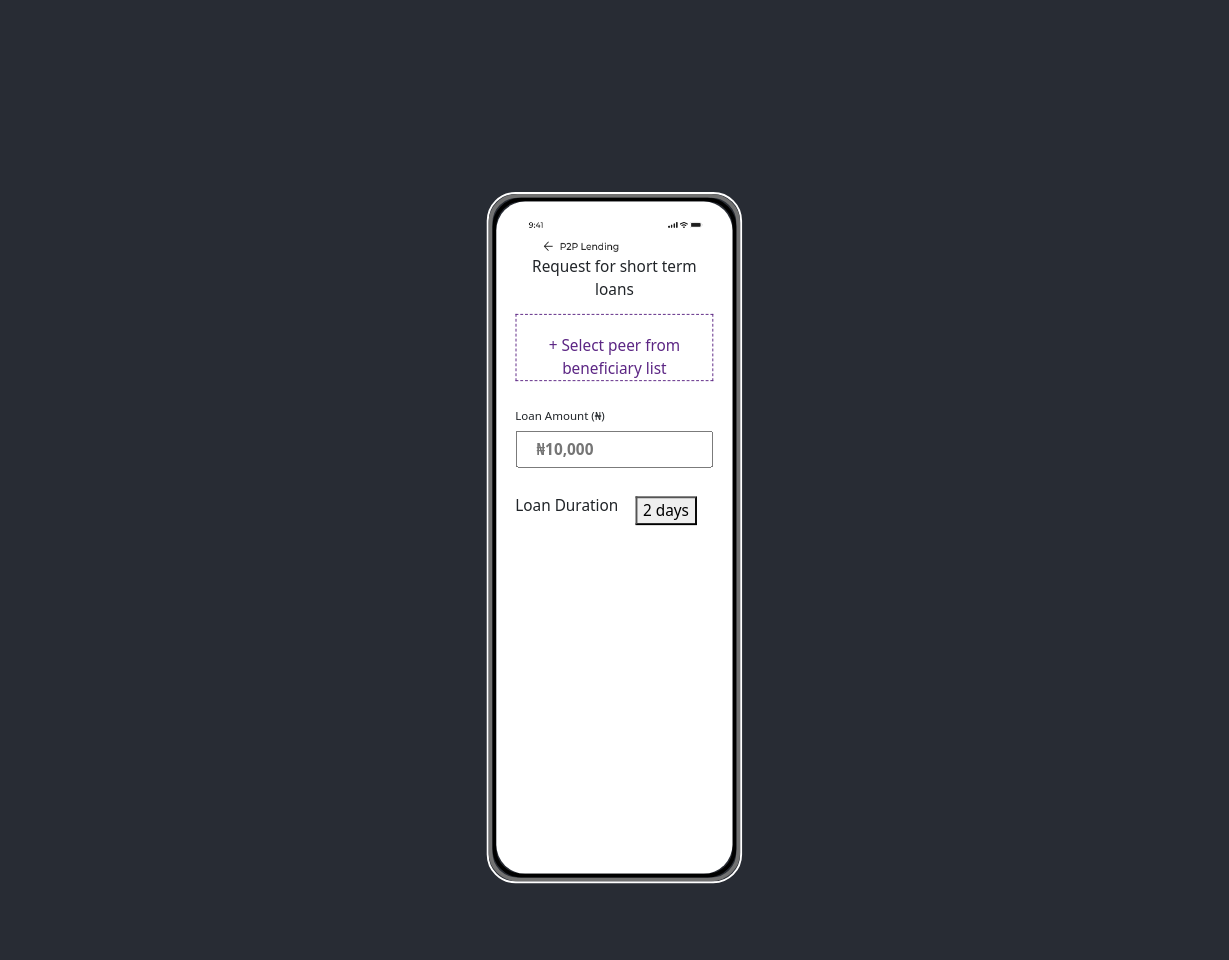
Repository: sarahnnanyelugo/fcmb-hackathon
Page: /loan-interface
An editor plug-in stored every save of this project. The page is shown before and after the next save, followed by the edit.
The browser window is 1280 px wide. The pictures show the whole page, at 96% of full size.
The project was rebuilt for these pictures with package versions that can differ from the ones it lists, and the page was loaded fresh each time. Also part of the build but not shown: src/Pages/Home.js.

Above is the page before, as saved 2023-10-28 21:39:39.

### src/App.js
import "bootstrap/dist/css/bootstrap.min.css";
import { BrowserRouter, Routes, Route, Link, Outlet } from "react-router-dom";
import Home from "./Pages/Home";
import LoanInterface from "./Pages/LoanInterface";
function App() {
  return (
    <>
      <Routes>
        <Route path="/" element={<Home />} />
        <Route path="loan-interface" element={<LoanInterface />} />
      </Routes>
    </>
  );
}
export default App;

### src/Pages/LoanInterface.js
import Top from "../assets/images/top.png";
import Back from "../assets/images/back.png";

import "./style.scss";
import { useState } from "react";
import { Link } from "react-router-dom";
import Beneficiaries from "../components/Beneficiaries";

function LoanInterface() {
  return (
    <>
      <div className="app-header">
        <center>
          <div className="col-md-3">
            <center>
              <div className="col-md-10 app">
                <div className="app-inner">
                  <div className="app-inner2">
                    <div className="app-face">
                      {" "}
                      <img src={Top} alt="icon" width="100%" />{" "}
                      <div className="col-md-12">
                        {" "}
                        <Link to={"/"} style={{ float: "left" }}>
                          {" "}
                          <img src={Back} alt="icon" width="60%" />
                        </Link>
                        <p style={{ float: "left" }}>
                          Request for short term loans
                        </p>
                      </div>
                      <div className="col-md-12">
                        {" "}
                        <Beneficiaries />
                      </div>
                      <div className="col-md-12 amount">
                        <h6 style={{ float: "left" }}>Loan Amount (₦)</h6>
                        <input placeholder="₦10,000" type="text" />
                      </div>
                      <div className="col-md-12 duration">
                        <h6 style={{ float: "left" }}>Loan Duration</h6>
                        <div>
                          <center>
                            <button>2 days</button>
                          </center>
                        </div>
                      </div>
                    </div>
                  </div>
                </div>
              </div>
            </center>
          </div>
        </center>
      </div>
    </>
  );
}

export default LoanInterface;

### src/Pages/style.scss
.app-header {
  background-color: #282c34;
  height: 1000px;
  padding-top: 200px;
  width: 100%;
}

.app {
  border: solid 2px #fff;
  height: 720px;
  border-radius: 30px;
}
.app-inner {
  border: solid 4px #717171;
  height: 100%;
  border-radius: 30px;
}
.app-inner2 {
  border: solid 4px #000;
  height: 100%;
  border-radius: 30px;
}
.app-face {
  background: #fff;
  height: 100%;
  border-radius: 30px;
  padding: 10px 20px 0px 20px;
  a {
    color: #5c2684;
    text-decoration: none;
    font-size: 12px;
    font-weight: bold;
  }
}
.flexy {
  display: flex;
}
.flexy1 {
  flex-grow: 1;
}
.balance {
  h5 {
    color: #5c2684;
    margin-bottom: 30px;
  }
  small {
    font-size: 11px;
  }
  img {
    margin-top: -10px;
  }
}
.access {
  margin-top: 50px;
  h6 {
    font-size: 12px;
    margin-top: 5px;
  }
  a {
    color: #000;
  }
}
.access2 {
  margin-top: 20px;
  margin-bottom: 20px;
  h6 {
    font-size: 12px;
    margin-top: 5px;
  }
  a {
    color: #000;
  }
}
.transactions {
  margin-top: 20px;
  h6 {
    font-size: 12px;
    margin-bottom: 0 !important;
    margin-top: 10px;
  }
  a {
    font-size: 10px;
    color: grey;
    text-decoration: none;
    margin-top: 0;
  }
}
.footer {
  border-top: solid 1px rgb(202, 201, 201);
  padding-top: 15px;
  margin-top: 10px;
  h6 {
    font-size: 11px;
  }
}
.dash {
  border-radius: 10px;
  border: solid 2px black;
  height: 2px;
}
.amount {
  margin-top: 30px;
  h6 {
    font-size: 12px;
  }
  input {
    padding: 5px 20px;
    width: 100%;
    font-weight: bold;
    color: #000 !important;
  }
}
.duration {
  margin-top: 30px;
}

### src/components/Beneficiaries.js
import { useState } from "react";
import Button from "react-bootstrap/Button";
import Modal from "react-bootstrap/Modal";
import "./components.scss";
import Bank from "../assets/images/bank.png";

function Beneficiaries() {
  const [show, setShow] = useState(false);

  const handleClose = () => setShow(false);
  const handleShow = () => setShow(true);

  return (
    <>
      <div onClick={handleShow} className="beneficiary-modal">
        <p>+ Select peer from beneficiary list</p>
      </div>
      <Modal
        show={show}
        onHide={handleClose}
        size="sm"
        aria-labelledby="contained-modal-title-vcenter"
        centered
      >
        <Modal.Header closeButton>
          <Modal.Title>
            <h6>Select Peer</h6>
          </Modal.Title>
        </Modal.Header>
        <Modal.Body>
          <div className="col-md-12 modal-inside">
            <form>
              <input type="search" placeholder="search" />
            </form>
            <div className="flexy">
              {" "}
              <div className="col-md-2">
                {" "}
                <img src={Bank} alt="icon" width="80%" />
              </div>
              <div>
                <h6>Team 1</h6>
                <p>Second Bank</p>
              </div>
            </div>
            <div className="flexy">
              {" "}
              <div className="col-md-2">
                {" "}
                <img src={Bank} alt="icon" width="80%" />
              </div>
              <div>
                <h6>Account name4</h6>
                <p>Bank name4</p>
              </div>
            </div>
            <div className="flexy">
              {" "}
              <div className="col-md-2">
                {" "}
                <img src={Bank} alt="icon" width="80%" />
              </div>
              <div>
                <h6>Account name3</h6>
                <p>Bank name3</p>
              </div>
            </div>
            <center>
              <a href="#">View more</a>
            </center>
          </div>
        </Modal.Body>
      </Modal>
    </>
  );
}

export default Beneficiaries;

### src/components/components.scss
.beneficiary-modal {
  height: 70px;
  width: 100%;
  border: dashed 1px #5c2684;
  margin-top: 80px;
  color: #5c2684;
  padding-top: 20px;
}
// .modal-body {
//   border: none !important;
// }
.modal-inside {
  input {
    margin-bottom: 30px;
    border: solid 1px rgb(215, 213, 213);
    width: 100%;
    padding: 5px 20px;
  }
  img {
    border-radius: 50%;
  }
  h6 {
    font-size: 13px;
    margin-bottom: 0 !important;
  }
  p {
    font-size: 11px;
  }
  a {
    color: #5c2684;
    font-size: 11px;
    font-weight: bold;
    text-decoration: none;
  }
}

Loaded but not shown: public/index.html (common file); src/index.js (common file); src/index.css (common file); src/reportWebVitals.js (common file)

After the next save:
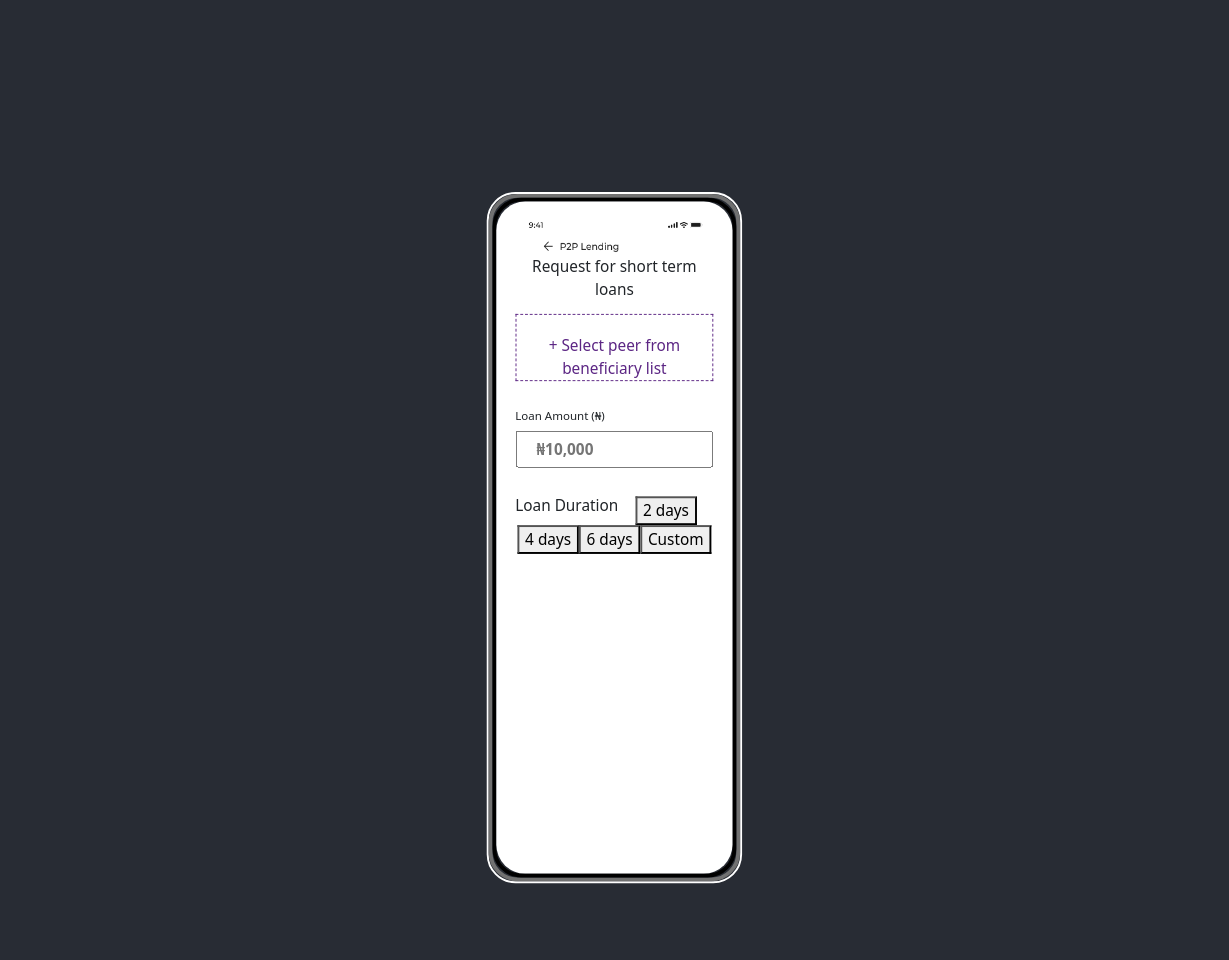
Saved 18 s later.
--- a/src/Pages/LoanInterface.js
+++ b/src/Pages/LoanInterface.js
@@ -42,6 +42,9 @@ function LoanInterface() {
                         <div>
                           <center>
                             <button>2 days</button>
+                            <button>4 days</button>
+                            <button>6 days</button>
+                            <button>Custom</button>
                           </center>
                         </div>
                       </div>
